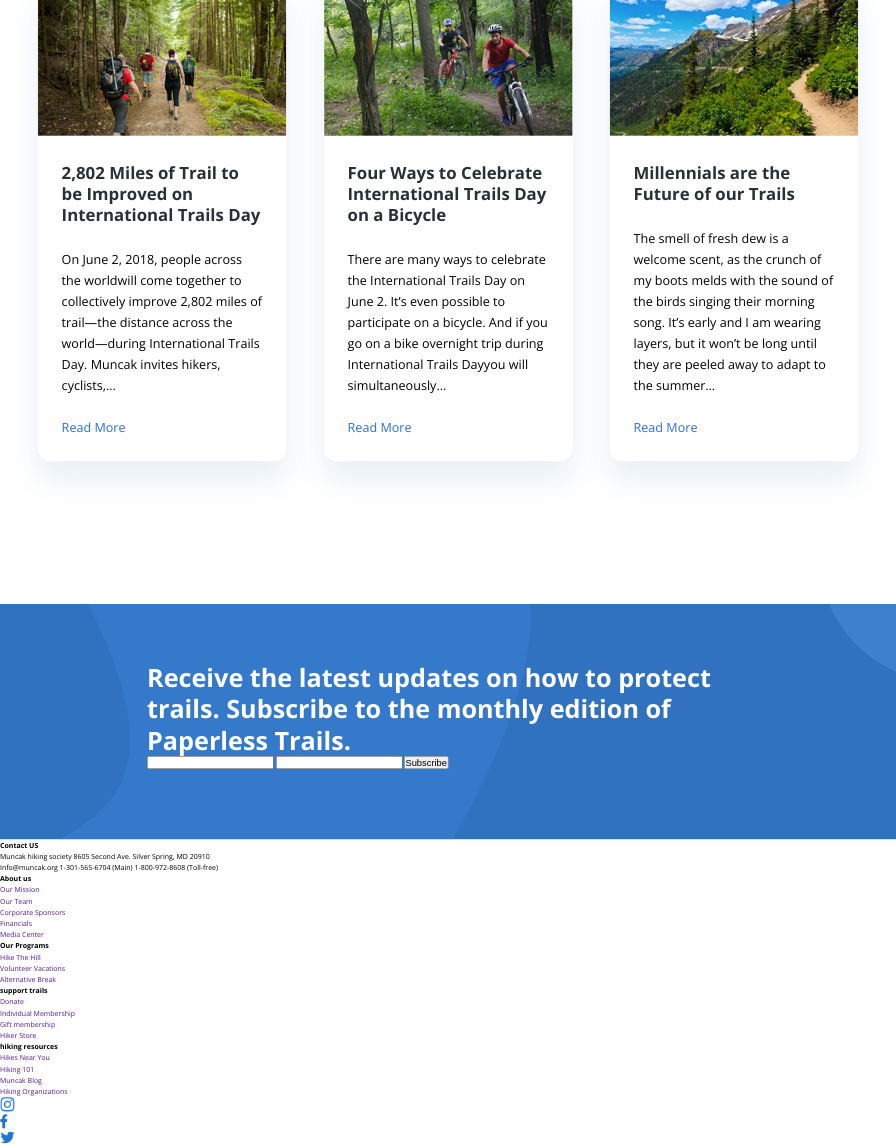
Repository: huubinh98/Project
Page: muncak/index.html
The author's editor kept a copy of each file at every save. The page is drawn from the files as they stood at one save, then again after the next save.
The browser window is 1280 px wide. The pictures show the part of the page from y = 3647 to 5567 px (the page is 5285 px tall before and 5567 px after), at 70% of full size.

Above is the page before, as saved 2021-08-28 21:09:39.

### muncak/index.html
<!DOCTYPE html>
<html lang="en">

<head>
    <meta charset="UTF-8">
    <meta http-equiv="X-UA-Compatible" content="IE=edge">
    <meta name="viewport" content="width=device-width, initial-scale=1.0">
    <link rel="stylesheet" href="./style.css">
    <link rel="preconnect" href="https://fonts.googleapis.com">
    <link rel="preconnect" href="https://fonts.gstatic.com" crossorigin>
    <link href="https://fonts.googleapis.com/css2?family=Open+Sans:wght@300;400;600;700&display=swap" rel="stylesheet">
    <title>Muncak</title>
</head>

<body>
    <header class="header">
        <div class="container header-nav">
            <h1 class="logo"><a href="" class="logo-link"><img src="./image/Muncak.png" alt="" class="logo-img"></a>
            </h1>
            <ul class="nav-list">
                <li class="nav-item">
                    <a href="" class="nav-item-link">Home</a>
                </li>
                <li class="nav-item">
                    <a href="" class="nav-item-link">Go Hiking</a>
                </li>
                <li class="nav-item">
                    <a href="" class="nav-item-link">About</a>
                </li>
                <li class="nav-item">
                    <a href="" class="nav-item-link nav-highlight">Login</a>
                </li>
            </ul>
        </div>
        <div class="container-small">
            <h1 class="heading-banner">Lets get the top of Moutain</h1>
            <p class="heading-desc">Here is the hiking information you need to decide
                if it is right for you, and to make it more interesting,
                enjoyable, and safe.</p>
            <a href="#" class="btn c"> Get Started</a>
        </div>
    </header>
    <section class="about">
        <div class="container-small about-wrap">
            <h2 class="heading-name hearding-name-about">We envision a world where everyone
                has permanent access to a hiking trail</h2>
            <div class="about-item">
                <img src="./image/loa.png" alt="loa" class="about-img">
                <div class="about-content">
                    <h4 class="about-content-heading">Advocate</h4>
                    <p class="about-content-desc">We work with Congress, Federal agencies, and partners on policy issues
                        and legislation to ensure funding for trails, preservation of natural areas, and protection of
                        the hiking experience.</p>
                </div>
            </div>
            <div class="about-item">
                <img src="./image/bantay.png" alt="loa" class="about-img">
                <div class="about-content">
                    <h4 class="about-content-heading">Volunteer </h4>
                    <p class="about-content-desc">Trails don't maintain themselves. Individuals of any age and
                        experience level can become trail stewards. Give back to the trails you love, meet new people,
                        and enjoy the experience!</p>
                </div>
            </div>
            <div class="about-item">
                <img src="./image/nui.png" alt="loa" class="about-img">
                <div class="about-content">
                    <h4 class="about-content-heading">Explore</h4>
                    <p class="about-content-desc">Feel confident when you set out on your next trail adventure. Check
                        out our free hiking resources like tips for hiking with families, gear checklists, finding the
                        best trail for you.</p>
                </div>
            </div>
            <a href="" class="btn btn-about">Lean more</a>
        </div>
        <div class="container-small about-customer">
            <h2 class="heading-name">With the support of our members, and partners, we've improved trail access for millions of people</h2>
            <div class="customer-content">
                <p class="customer-text">We’ve Mobilized <span>558,768</span> Trail Volunteers</p>
                <p class="customer-text">We’ve Facilitated <span>41,146</span>
                    Miles of Trail Maintenance & Construction</p>
                <p class="customer-text">Volunteers Have Contributed <span>$108 Milion</span> in Volunteer Labor</p>
            </div>
        </div>
    </section>

    <!-- -----------new--------------- -->
    <section class="new">
        <div class="container-small">
            <h2 class="heading-name">Protecting Trails: Current News and Issues</h2>
            <div class="new-content">
                <div class="new-item">
                    <a href="#" class="new-item-picture">
                        <img src="./image/pic1.jpg" alt="pic1" class="new-item-img">
                    </a>
                    <div class="new-item-text">
                        <h3 class="new-item-name">2,802 Miles of Trail to be Improved on International Trails Day</h3>
                        <p class="new-item-desc">On June 2, 2018, people across the worldwill come together to
                            collectively improve 2,802 miles of trail—the distance across the world—during International
                            Trails Day. Muncak invites hikers, cyclists,…</p>
                        <a href="#" class="new-item-link">Read More</a>
                    </div>
                </div>
                <div class="new-item">
                    <a href="#" class="new-item-picture">
                        <img src="./image/pic2.jpg" alt="pic1" class="new-item-img">
                    </a>
                    <div class="new-item-text">
                        <h3 class="new-item-name">Four Ways to Celebrate International Trails Day on a Bicycle</h3>
                        <p class="new-item-desc">There are many ways to celebrate the International Trails Day on June 2. It’s even possible to participate on a bicycle. And if you go on a bike overnight trip during International Trails Dayyou will simultaneously…</p>
                        <a href="#" class="new-item-link">Read More</a>
                    </div>
                </div>
                <div class="new-item">
                    <a href="#" class="new-item-picture">
                        <img src="./image/pic3.jpg" alt="pic1" class="new-item-img">
                    </a>
                    <div class="new-item-text">
                        <h3 class="new-item-name">Millennials are the Future of our Trails</h3>
                        <p class="new-item-desc">The smell of fresh dew is a welcome scent, as the crunch of my boots melds with the sound of the birds singing their morning song. It’s early and I am wearing layers, but it won’t be long until they are peeled away to adapt to the summer…</p>
                        <a href="#" class="new-item-link">Read More</a>
                    </div>
                </div>
            </div>
        </div>
    </section>

    <div class="contact-footer">
        <div class="container form-contact">
            <h5 class="contact-heading">Receive the latest updates on how to protect trails.
                Subscribe to the monthly edition of Paperless Trails.</h5>
            <form action="">
                <input type="text" name="Name" id="" class="form-input">
                <input type="text" name="Email" id="" class="form-input">
                <button type="submit">Subscribe</button>
            </form>
        </div>
        <footer class="footer container">
            <div class="footer-info">
                <div class="footer-item">
                    <h4>Contact US</h4>
                    <p>Muncak hiking society
                        8605 Second Ave.
                        Silver Spring, MD 20910</p>
                    <p>
                        <span>Info@muncak.org</span>
                        <span>1-301-565-6704 (Main)</span>
                        <span>1-800-972-8608 (Toll-free)</span>
                    </p>
                </div>
                <div class="footer-item">
                    <h4>About us</h4>
                    <ul>
                        <li>
                            <a href="">Our Mission</a>
                        </li>
                        <li>
                            <a href="">Our Team</a>
                        </li>
                        <li>
                            <a href="">Corporate Sponsors</a>
                        </li>
                        <li>
                            <a href="">Financials</a>
                        </li>
                        <li>
                            <a href="">Media Center</a>
                        </li>
                    </ul>
                </div>
                <div class="footer-item">
                    <h4>Our Programs</h4>
                    <ul>
                        <li>
                            <a href="">Hike The Hill</a>
                        </li>
                        <li>
                            <a href="">Volunteer Vacations</a>
                        </li>
                        <li>
                            <a href="">Alternative Break</a>
                        </li>
                    </ul>
                </div>
                <div class="footer-item">
                    <h4>support trails</h4>
                    <ul>
                        <li>
                            <a href="">Donate</a>
                        </li>
                        <li>
                            <a href="">Individual Membership</a>
                        </li>
                        <li>
                            <a href="">Gift membership</a>
                        </li>
                        <li>
                            <a href="">Hiker Store</a>
                        </li>
                    </ul>
                </div>
                <div class="footer-item">
                    <h4>hiking resources</h4>
                    <ul>
                        <li>
                            <a href="">Hikes Near You</a>
                        </li>
                        <li>
                            <a href="">Hiking 101</a>
                        </li>
                        <li>
                            <a href="">Muncak Blog</a>
                        </li>
                        <li>
                            <a href="">Hiking Organizations</a>
                        </li>
                    </ul>
                </div>
            </div>
            <ul class="socical">
                <li class="socical-item">
                    <a href="" class="socical-item-link">
                        <img src="./image/instar.png" alt="" class="socical-item-img">
                    </a>
                </li>
                <li class="socical-item">
                    <a href="" class="socical-item-link">
                        <img src="./image/facebook.png" alt="" class="socical-item-img">
                    </a>
                </li>
                <li class="socical-item">
                    <a href="" class="socical-item-link">
                        <img src="./image/tiwer.png" alt="" class="socical-item-img">
                    </a>
                </li>
            </ul>
        </footer>
    </div>
</body>

</html>

### muncak/style.css
* {
    margin: 0;
    padding: 0;
    box-sizing: border-box;
}

html {
    font-size: 62.5%;
    line-height: 1.6rem;
    font-family: 'Open Sans', sans-serif;
    scroll-behavior: smooth;
}

ul, li {
    list-style: none;
}

a {
    text-decoration: none;
}

.container {
    max-width: 1404px;
    width: 100%;
    margin: 0 auto;
}

.container-small {
    max-width: 1172px;
    width: 100%;
    margin: 0 auto;
}

.btn {
    font-size: 2rem;
    line-height: 8rem;
    color: #fbfcfc;
    background-color: #2870db;
    border-radius: 40px;
    display: inline-block;
    padding: 0 66px;
    box-shadow: 0 22px 24px rgba(17, 83, 165, 0.21);
    transition: 0.25s ease;
}

.heading-name {
    font-size: 3.6rem;
    line-height: 5rem;
    text-align: center;
    margin: 0 auto;
    color: #263238;
    margin-bottom: 101px;
    max-width: 1000px;
}

.btn:hover {
    background-color: #1153a5;
}

/* ----------------------- */

.header {
    margin: 0 auto;
    max-width: 1900px;
    height: 1026px;
    background-color: white;
    background-image: url(./image/backgroudleft1.png), url(./image/Muncak-Landing-Page.png);
    background-position: left bottom, right top;
    background-repeat: no-repeat, no-repeat;
}

.header-nav {
    display: flex;
    justify-content: space-between;
    padding-top: 85px;
}

.logo{

}
.logo-link{

}
.logo-img{

}
.nav-list{

}
.nav-item{
    display: inline-block;
}
.nav-item-link{
    font-size: 1.8rem;
    font-weight: 400;
    line-height: 3.6rem;
    color: #fff;
    padding: 0 36px;
    display: inline-block;
}

.nav-highlight {
    background-color: #fff;
    color: #14215e;
    border-radius: 14px;
}

.heading-banner {
    font-size: 5rem;
    line-height: 6rem;
    color: #1c2056;
    margin-top: 144px;
    max-width: 400px;
}

.heading-desc {
    font-size: 1.8rem;
    line-height: 4rem;
    color: rgba(45, 32, 88, 0.65);
    max-width: 400px;
    margin-top: 43px;
    margin-bottom: 103px;
}

.btn-heading {
    margin-bottom: 310px;
}


/* -----------about---------------- */
.about {
    margin-top: 158px;
    margin-bottom: 98px;
    background-image: url(./image/backgroudleft2.png), url(./image/Muncak-Landing-Page2.png);
    background-repeat: no-repeat, no-repeat;
    background-position: left bottom, right center;
}

.about-wrap {
    margin-bottom: 105px;
}

.hearding-name-about {
    max-width: 700px;
}

.about-item {
    max-width: 549px;
}

.about-item:nth-child(2n + 1) {
    margin-left: auto;
    margin-top: -150px;
}

.about-item:nth-child(2n + 2) {
    margin-top: -109px;
}

.about-item:first-of-type {
    margin-top: 0;
}

.about-img {
    display: block;
    margin: 0 auto;
    margin-bottom: 63px;
}

.about-content {
    padding: 72px;
    border-radius: 18px;
    background-color: #fff;
    box-shadow: 0 27px 43px rgb(32 94 171 / 10%);
}

.about-content-heading {
    font-size: 2.4rem;
    line-height: 3.6rem;
    color: #263238;
    padding-bottom: 48px;
}

.about-content-desc {
    font-size: 1.8rem;
    line-height: 3.6rem;
    color: #546e7a;
}

.btn-about {
    float: right;
    margin-right: 163px;
    margin-top: -226px;
}

/* -----------customer-------------- */

.about-custumer {
    margin-top: 105px;
}

.customer-content {
    display: flex;
    justify-content: space-between;
}

.customer-text {
    text-align: center;
    font-size: 2.2rem;
    line-height: 2.3rem;
    color: #263238;
}

.customer-text span {
    font-size: 3.6rem;
    display: block;
    color: #1a56a3;
    font-weight: 700;
    line-height: 3.4rem;
    padding: 34px 0;
}

/* --------New-------------- */

.new {
    padding-top: 98px;
    padding-bottom: 102px;
}

.new-content {
    display: flex;
    justify-content: space-between;
}

.new-item {
    border-radius: 18px;
    box-shadow: 0 27px 43px rgb(32 94 171 / 10%);
    max-width: 355px;
    overflow: hidden;
}

.new-item-img {
    height: 222px;
    object-fit: cover;
    width: 100%;
}

.new-item-text {
    padding: 34px;
}

.new-item-name {
    font-size: 2.4rem;
    line-height: 3rem;
    color: #263238;
    padding-bottom: 33px;
}

.new-item-desc {
    font-size: 1.8rem;
    line-height: 3rem;
    padding-bottom: 30px;
}

.new-item-link {
    font-size: 1.8rem;
    line-height: 3rem;
    color: #2870db;
}


/* -----------contact-footer------------ */
.contact-footer {
    padding-top: 102px;
}

.form-contact {
    padding: 82px 210px 100px;
    background-color: #3072c0;
    background-image: url(./image/backgroudcontact.png);
    background-repeat: no-repeat;
    background-position: left;
}

.contact-heading {
    font-size: 3.6rem;
    line-height: 4.5rem;
    color: #fff;
}

After the next save:
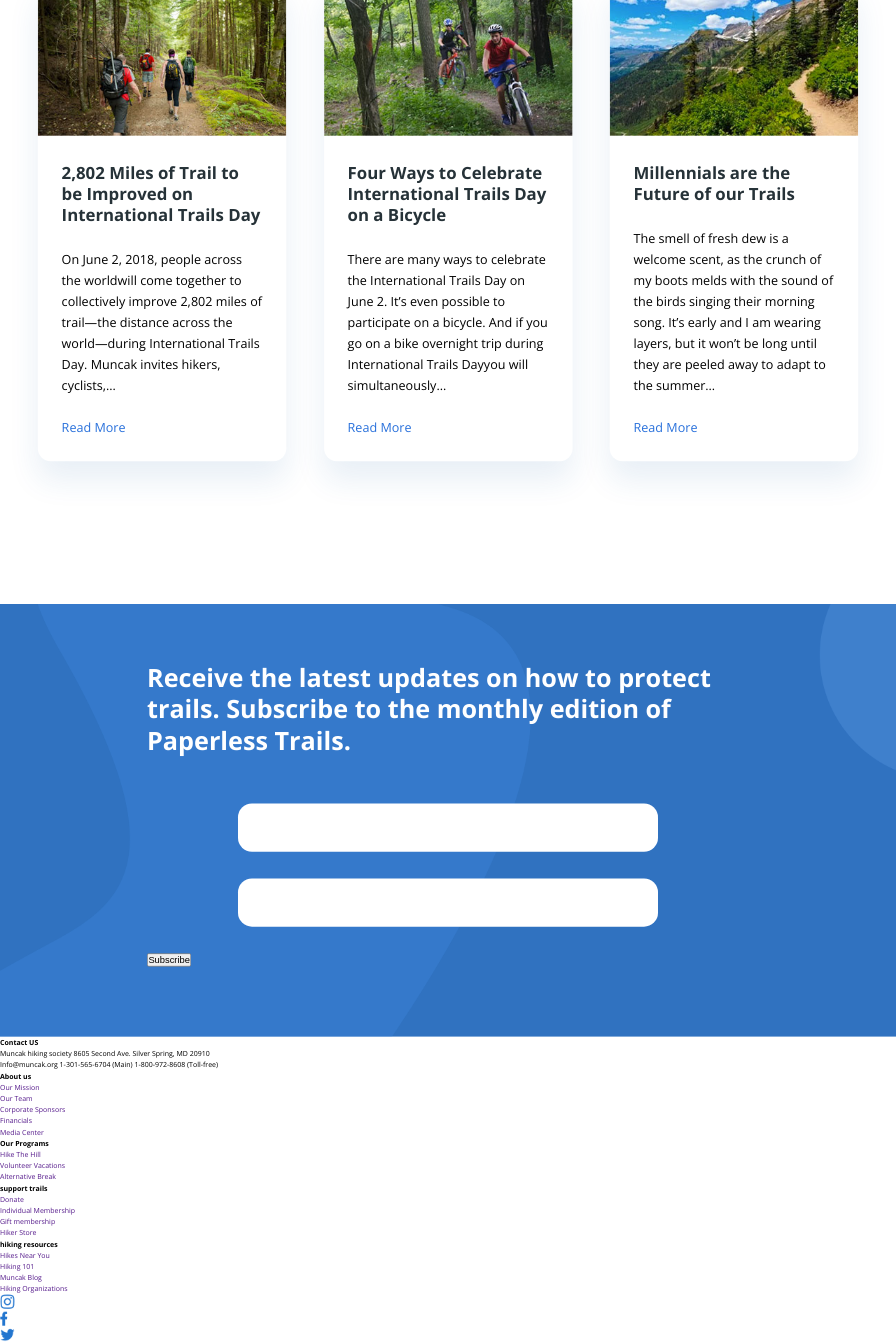
Saved 8 min 44 s later.
--- a/muncak/style.css
+++ b/muncak/style.css
@@ -286,4 +286,21 @@ a {
     font-size: 3.6rem;
     line-height: 4.5rem;
     color: #fff;
-}
+    padding-bottom: 68px;
+}
+
+.form-input {
+    display: block;
+    max-width: 600px;
+    width: 100%;
+    margin: 0 auto;
+    height: 69px;
+    outline: none;
+    border: navajowhite;
+    margin-bottom: 38px;
+    border-radius: 20px;
+    font-size: 2.4rem;
+    line-height: 3.6rem;
+    padding: 0 37px;
+    color: rgba(84, 110, 122, 0.6);
+}
